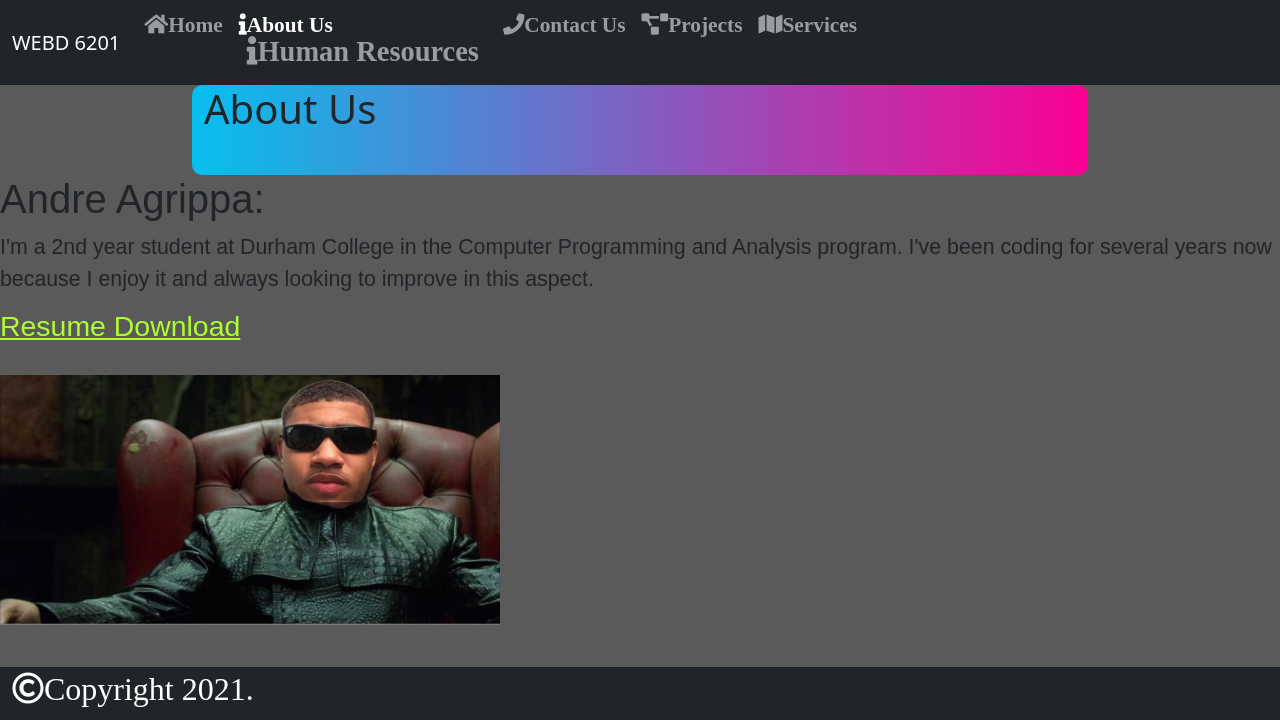
Repository: vans12345678/WEBD6201-W2021-Lab1
Page: about.html
The author's editor kept a copy of each file at every save. The page is drawn from the files as they stood at one save, then again after the next save.
The browser window is 1280 px wide. The pictures show the whole page.

Above is the page before, as saved 2021-02-02 20:34:52.

### about.html
<!DOCTYPE html>
<html lang="en">
<head>
    <meta charset="UTF-8">
    <meta name="viewport" content="width=device-width, initial-scale=1.0">
    <title>About Us</title>

    <!-- CSS Section -->
    <link rel="stylesheet" href="./node_modules/bootstrap/dist/css/bootstrap.min.css">
    <link rel="stylesheet" href="./node_modules/@fortawesome/fontawesome-free/css/all.min.css">
    <link rel="stylesheet" href="./Content/app.css">
</head>
<body>
  <!-- Main Header -->
    <header>
      <!-- Main Navigation -->
        <nav class="navbar navbar-expand-lg navbar-dark bg-dark">
            <div class="container-fluid">
              <a id ="navHome" class="navbar-brand" href="index.html"></a>
              <button class="navbar-toggler" type="button" data-bs-toggle="collapse" data-bs-target="#navbarSupportedContent" aria-controls="navbarSupportedContent" aria-expanded="false" aria-label="Toggle navigation">
                <span class="navbar-toggler-icon"></span>
              </button>
              <div class="collapse navbar-collapse" id="navbarSupportedContent">
                <ul class="navbar-nav me-auto mb-2 mb-lg-0">
                  <li class="nav-item">
                    <a id = "navIndex" class="nav-link fas fa-home fa-lg" aria-current="page" href="index.html"></a>
                  </li>
                  <li class="nav-item">
                    <a id = "navAbout" class="nav-link active fas fa-info fa-lg" aria-current="page" href="about.html"></a>
                  </li>
                  <!-- <li class="nav-item" id = "navHumanResources">
                  </li> -->
                  <li class="nav-item">
                    <a id = "navContact" class="nav-link fas fa-phone fa-lg" aria-current="page" href="contact.html"></a>
                  </li>
                  <li class="nav-item">
                    <a id = "navProjects" class="nav-link fas fa-project-diagram fa-lg" aria-current="page" href="projects.html">Products</a>
                  </li>
                  <li class="nav-item">
                    <a id = "navServices" class="nav-link fas fa-map fa-lg" aria-current="page" href="services.html"></a>
                  </li>
                </ul>
              </div>
            </div>
          </nav>
    </header>
  <!-- Main Contents -->
    <main>
        <h1 id = "aboutTitle"class = "container"></h1>
        <p id="aboutAText" class = "fa-lg aboutFont"></p>
    </main>
    <!-- Main Footer -->
    <footer>
      <nav class="navbar fixed-bottom navbar-dark bg-dark">
          <div class="container-fluid">
              <h4><i id = "footer" class="far fa-copyright fa-lg site-footer"></i></h4>
          </div>
        </nav>
  </footer>
    <!-- Script Section -->
    <script src="./node_modules/jquery/dist/jquery.min.js"></script>
    <script src="./node_modules/bootstrap/dist/js/bootstrap.bundle.min.js"></script>
    <script src="./Scripts/app.js"></script>
</body>
</html>

### Content/app.css
/* custom css goes here */
.Vapor {
    background-image: url('../images/vapor.jpg');
    background-repeat: no-repeat;
    background-attachment: fixed;
    background-size: 100% 100%;
  }
  a {
    color: greenyellow;
  }
  .aboutFont
  {
    font-family: Arial, Helvetica, sans-serif;
    line-height: 32px;
  }
  body
  {
    background-color: rgb(90, 90, 90);
  }
  h1.container{
    border-radius: 10px;
    width: 70%;
    height: 90px;
    margin: 0px auto;
    background: linear-gradient(90deg,#06bfee,#fb0093)
  }
  h1.projects{
    background-color: white;
  }
  .contact-table{
    width: 100%;
    margin:  50px auto;
    background-color: white;
  }
  .contact-form
  {
    width: 100%;
    margin:  100px auto;
  }
  .warnMessage
  {
    width: 90%;
    margin:  50px;
  }
  .site-footer {
    color:white;
  }

### Scripts/app.js
/************************************************************
 * Name: Andre Agrippa, Michai Pryce
 * Date: 01/20/2021
 * Description: This file adds functionality to the Home,
 * About Us, Human Resources, Contact Us, Projects and Services
 * pages.
 * Date Completed:
 */

"use strict";


(function(){

    function DisplayNav()
    {
        let navTextElement = document.getElementById("navHome").textContent = "WEBD 6201";
        navTextElement = document.getElementById("navIndex").textContent = "Home";
        navTextElement = document.getElementById("navAbout").textContent = "About Us";
        navTextElement = document.getElementById("navAbout").innerHTML += `
        <li class="nav-item">
            <a  class="nav-link fas fa-info fa-lg" aria-current="page" href="human-resources.html">Human Resources</a>
        </li>    `;
        navTextElement = document.getElementById("navContact").textContent = "Contact Us";
        navTextElement = document.getElementById("navProjects").textContent = "Projects";
        navTextElement = document.getElementById("navServices").textContent = "Services";
        navTextElement = document.getElementById("footer").textContent = "Copyright 2021.";
    }

    function displayHome()
    {
        DisplayNav();
        let introText = "This is a simple site to demonstrate the specified requirements for Lab 1 WEBD 6201 - Client Side Scripting";
        let titleText = "Welcome to WEBD 6201";

        let introTextElement = document.getElementById("indexTitle").textContent = titleText;
        introTextElement = document.getElementById("indexParagraph").textContent = introText;

    }
    function displayAbout()
    {
        DisplayNav();

        //About Andre
        let aboutElement = document.getElementById("aboutTitle").textContent = "About Us";
        aboutElement = document.getElementById("aboutAText");
        aboutElement.innerHTML = `<h1>Andre Agrippa:</h1>
        <p class = "">I'm a 2nd year student at Durham College in the Computer Programming and Analysis program. I've been
        coding for several years now because I enjoy it and always looking to improve in this aspect.</p>
        <a class = "fa-lg" href="andre_resume.pdf" download>Resume Download</a></br></br>
        <img src="../images/morpheus.JPG" alt="" style="width:500px;height:250px;">`;

    }
    function displayProjects()
    {
        DisplayNav();

        //Projects 1
        let projectsElement = document.getElementById("projectsTitle").textContent = "Projects";
        projectsElement = document.getElementById("projectsText").innerHTML =
        `<h3>Project One: COBOL Item List</h3>
        <p>This project reads records from a .dat file, performs calculations on the data then outputs it to a .out file neatly formatted.</p>
        <img src="../images/p1.PNG" alt="" style="width:800px;height:500px;">`;

        //Projects 2
        projectsElement = document.getElementById("projectsText").innerHTML +=
        `<h3>Project Two: C#, XAML, MDF  Preferred Shares and Common Shares</h3>
        <p>This project uses XAML for the windows form and a database to keep track of common and preferred shares.
        The database keeps track of how many shares(common/preferred) are  available and validation is applied.</p>
        <img src="../images/p2.PNG" alt="" style="width:800px;height:500px;">`;

        //Projects 3
        projectsElement = document.getElementById("projectsText").innerHTML +=
        `<h3>Project Three: ASP.NET and MVC Framework Animal Shelter</h3>
        <p>This project is a web application that keeps track of animals, owners, appointment and login info in a database.
        Relational database concepts are applied.</p>
        <img src="../images/p3.PNG" alt="" style="width:800px;height:500px;">`;

    }
    function displayServices()
    {
        DisplayNav();
        let s1Header = "Web Development:";
        let s1Text = "We offer a variety of different web development (Front-end, Back-end, Databases). Languages (PHP, ASP.NET, JavaScript)";
        let s2Header = "Service 2:";
        let s2Text = "Service 2 text";
        let s3Header = "Service 3:";
        let s3Text = "Service 3 text";

        //Services 1
        let servicesElement = document.getElementById("servicesTitle").textContent = "Web Development";
        servicesElement = document.getElementById("servicesText").innerHTML =
        `<h3>Web Development:</h3>
        <p>We offer a variety of different web development (Front-end, Back-end, Databases). Languages (PHP, ASP.NET, JavaScript)</p>
        <img src="../images/s1.jpg" alt="" style="width:800px;height:500px;">`;

        //Services 2
        servicesElement = document.getElementById("servicesText").innerHTML +=
        `<h3>OOP Programming</h3>
        <p>We offer a variety of different Object Oriented Programming. We're experienced with C#, C++, Java etc.
        Whether it be windows forms applications, console applications GUI, etc.</p>
        <img src="../images/s2.png" alt="" style="width:800px;height:500px;">`;

        //Services 3
        servicesElement = document.getElementById("servicesText").innerHTML +=
        `<h3>Database Management System</h3>
        <p>It's been almost 3 years since we've had experience in database development. We've used software such as
        Microsoft SQL Server and PgAdmin4. Experienced with relational database concepts.</p>
        <img src="../images/s3.jpg" alt="" style="width:800px;height:500px;">`;


    }
    function displayContact()
    {
        DisplayNav();

        let messageArea = document.getElementById("messageArea");
        messageArea.hidden = true;

        //form validation
        let fullName = document.getElementById("fullName");
        fullName.addEventListener("blur", function()
        {
            if(fullName.value.length < 2)
            {
                fullName.focus();
                fullName.select();
                messageArea.hidden = false;
                messageArea.className = "alert alert-danger warnMessage";
                messageArea.textContent = "Please enter an appropriate name > 2 characters";
            }
            else
            {
                messageArea.removeAttribute("class");
                messageArea.hidden = true;
            }
        });
            let sendButton = document.getElementById("sendButton");
            sendButton.addEventListener("click", function(event)
            {
                //event.preventDefault();
                // //Displays twice?

                let contact = new Contact(fullName.value,contactNumber.value, emailAddress.value, shortMessage.value);

                console.log(contact.serialize());
                if(contact.serialize())
                {
                    localStorage.setItem((localStorage.length + 1).toString(),contact.serialize());
                }
            });
    }
    function displayContactList()
    {
        DisplayNav();
        if(localStorage.length > 0)
        {
            let contactList = document.getElementById("contactList");
            let data = "";

            for (let index = 0; index < localStorage.length; index++)
            {
                let contactData = localStorage.getItem((index + 1).toString());
                let contact = new Contact();

                contact.deserialize(contactData);

                data += `<tr>
                <th scope="row">${index + 1}</th>
                <td>${contact.FullName}</td>
                <td>${contact.ContactNumber}</td>
                <td>${contact.EmailAddress}</td>
                <td>${contact.ShortMessage}</td>
              </tr>`;
            }
            contactList.innerHTML = data;
        }

    }
    function displayHumanResources()
    {
        DisplayNav();
        // let navTextElement = document.getElementById("navHumanResources").innerHTML = `
        //     <a  class="nav-link fas fa-fingerprint fa-lg active" aria-current="page" href="human-resources.html">Human Resources</a>
        //     `;
    }

    function Start()
    {
        console.log("App Started...");

        //Based of title of html
        switch(document.title)
        {
            case "Index":
                displayHome();
                break;
            case "About Us":
                displayAbout();
                break;
            case "Projects":
                displayProjects();
                break;
            case "Services":
                displayServices();
                break;
            case "Contact Us":
                displayContact();
                break;
            case "Contact-List":
                displayContactList();
                break;
            case "Human Resources":
                displayHumanResources();
                break;
        }


    }

    window.addEventListener("load", Start);

})();

Loaded but not shown: node_modules/bootstrap/dist/css/bootstrap.min.css (library); node_modules/@fortawesome/fontawesome-free/css/all.min.css (library); node_modules/jquery/dist/jquery.min.js (library); node_modules/bootstrap/dist/js/bootstrap.bundle.min.js (library)

After the next save:
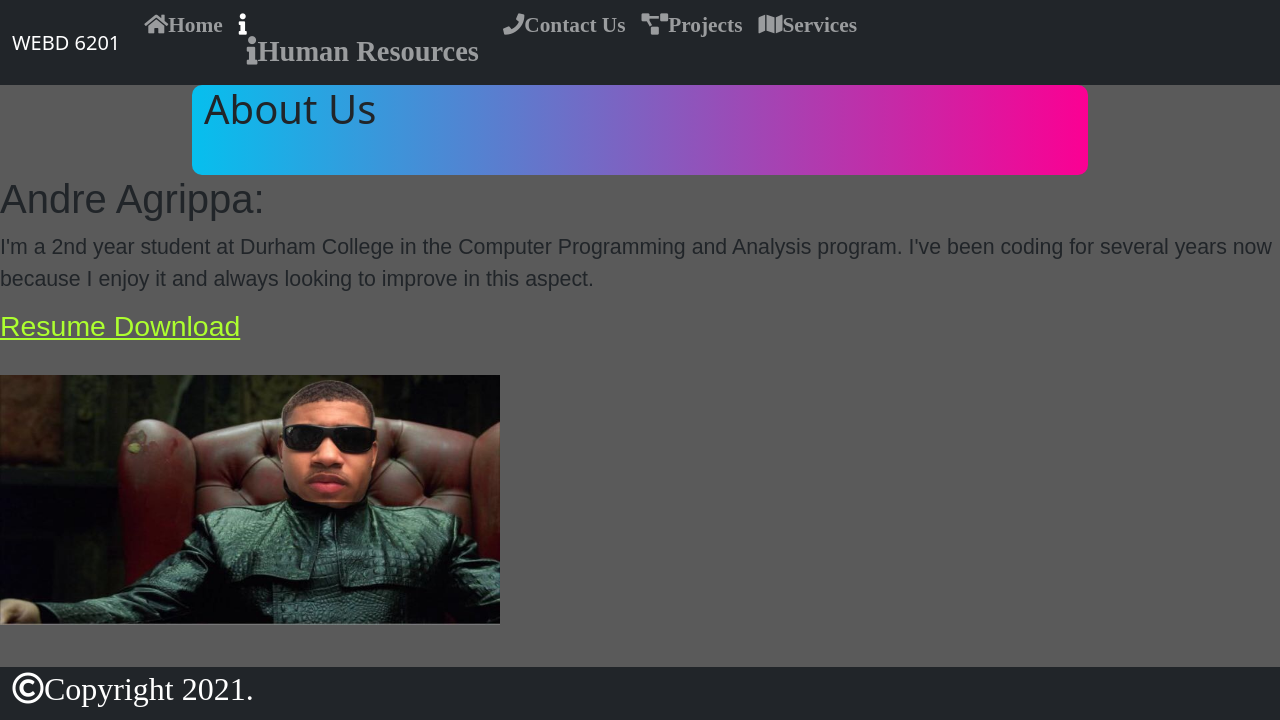
Saved 7 s later.
--- a/Scripts/app.js
+++ b/Scripts/app.js
@@ -17,7 +17,7 @@
         let navTextElement = document.getElementById("navHome").textContent = "WEBD 6201";
         navTextElement = document.getElementById("navIndex").textContent = "Home";
         navTextElement = document.getElementById("navAbout").textContent = "About Us";
-        navTextElement = document.getElementById("navAbout").innerHTML += `
+        navTextElement = document.getElementById("navAbout").innerHTML = `
         <li class="nav-item">
             <a  class="nav-link fas fa-info fa-lg" aria-current="page" href="human-resources.html">Human Resources</a>
         </li>    `;

After the save that followed:
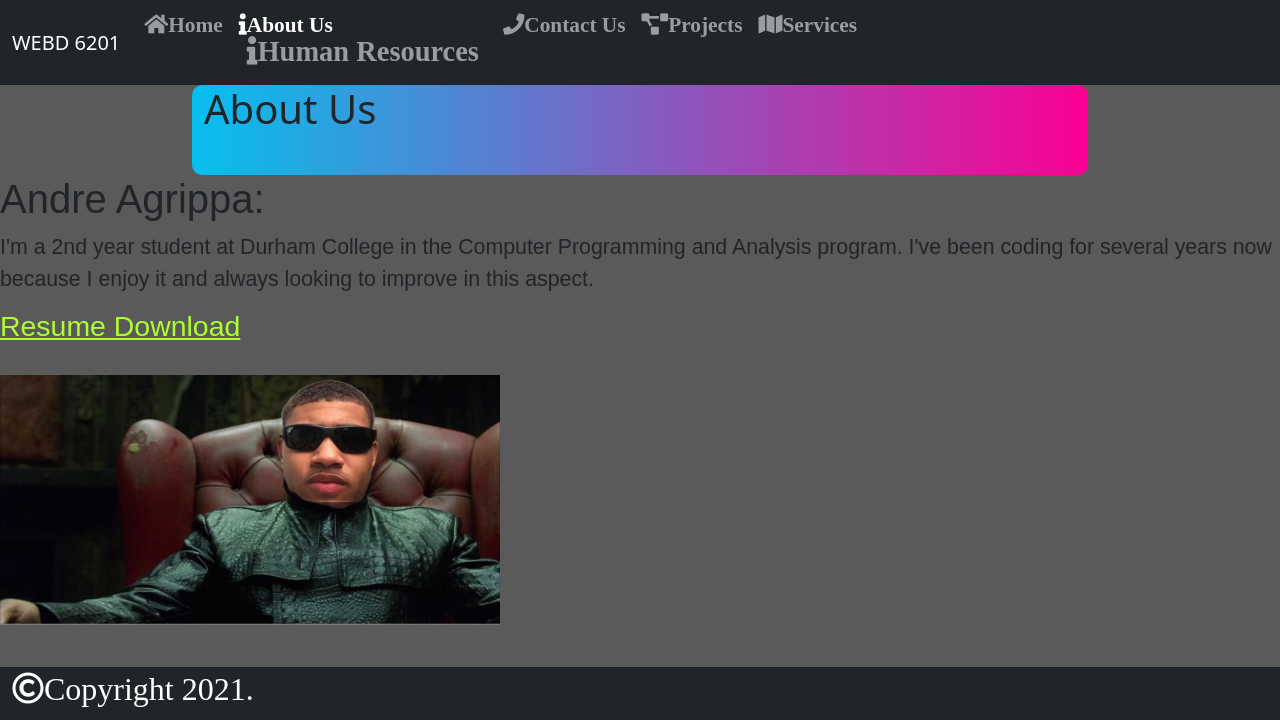
Saved 7 s later.
--- a/Scripts/app.js
+++ b/Scripts/app.js
@@ -17,7 +17,7 @@
         let navTextElement = document.getElementById("navHome").textContent = "WEBD 6201";
         navTextElement = document.getElementById("navIndex").textContent = "Home";
         navTextElement = document.getElementById("navAbout").textContent = "About Us";
-        navTextElement = document.getElementById("navAbout").innerHTML = `
+        navTextElement = document.getElementById("navAbout").innerHTML += `
         <li class="nav-item">
             <a  class="nav-link fas fa-info fa-lg" aria-current="page" href="human-resources.html">Human Resources</a>
         </li>    `;
